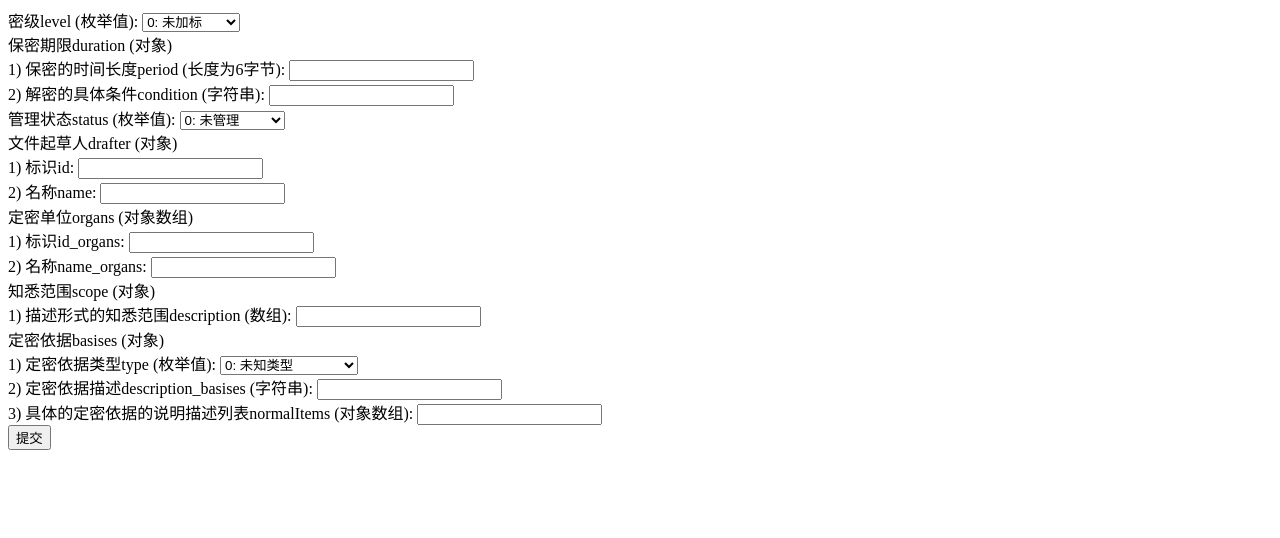
Repository: karlinglee93/eclipse-workspace
Page: jsp_test/WebContent/test.html
The author's editor kept a copy of each file at every save. The page is drawn from the files as they stood at one save, then again after the next save.
The browser window is 1280 px wide. The pictures show the whole page.

Above is the page before, as saved 2018-07-05 06:04:33.

### jsp_test/WebContent/test.html
<!DOCTYPE html>
<html>
<head>
<meta charset="utf-8">
<title>Label</title>
</head>
<body>

<form action="main.jsp" method="GET">
密级level (枚举值):
<select name="level">
<option value="0">0: 未加标</option>
<option value="10">10: 国密公开</option>
<option value="11">11: 商密公开</option>
<option value="20">20: 国密内部</option>
<option value="21">21: 商密内部</option>
<option value="50">50: 普通商密</option>
<option value="80">80: 核心商密</option>
<option value="120">120: 秘密</option>
<option value="150">150: 机密</option>
<option value="180">180: 绝密</option>
</select>
<br />

保密期限duration (对象)
<br />
1) 保密的时间长度period (长度为6字节):
<input type="text" name="period" />
<br />
2) 解密的具体条件condition (字符串):
<input type="text" name="condition" />
<br />

管理状态status (枚举值):
<select name="status">
<option value="0">0: 未管理</option>
<option value="20">20: 忽略</option>
<option value="50">50: 预定密</option>
<option value="80">80: 正式定密</option>
<option value="110">110: 文件签发</option>
<option value="140">140: 密级变更</option>
<option value="170">170: 文件解密</option>
</select>
<br />

文件起草人drafter (对象)
<br />
1) 标识id:
<input type="text" name="id" />
<br />
2) 名称name:
<input type="text" name="name" />
<br />

定密单位organs (对象数组)
<br />
1) 标识id_organs:
<input type="text" name="id_organs" />
<br />
2) 名称name_organs:
<input type="text" name="name_organs" />
<br />

知悉范围scope (对象)
<br />
1) 描述形式的知悉范围description (数组):
<input type="text" name="description" />
<br />

定密依据basises (对象)
<br />
1) 定密依据类型type (枚举值):
<select name="type">
<option value="0">0: 未知类型</option>
<option value="10">10: 确定性定密事项</option>
<option value="50">50: 不明确事项</option>
<option value="90">90: 无权定密事项</option>
<option value="130">130: 派生定密事项</option>
</select>
<br />
2) 定密依据描述description_basises (字符串):
<input type="text" name="description_basises" />
<br />
3) 具体的定密依据的说明描述列表normalItems (对象数组):
<input type="text" name="normalItems" />
<br />

<input type="submit" value="提交" />
</form>
</body>
</html>

After the next save:
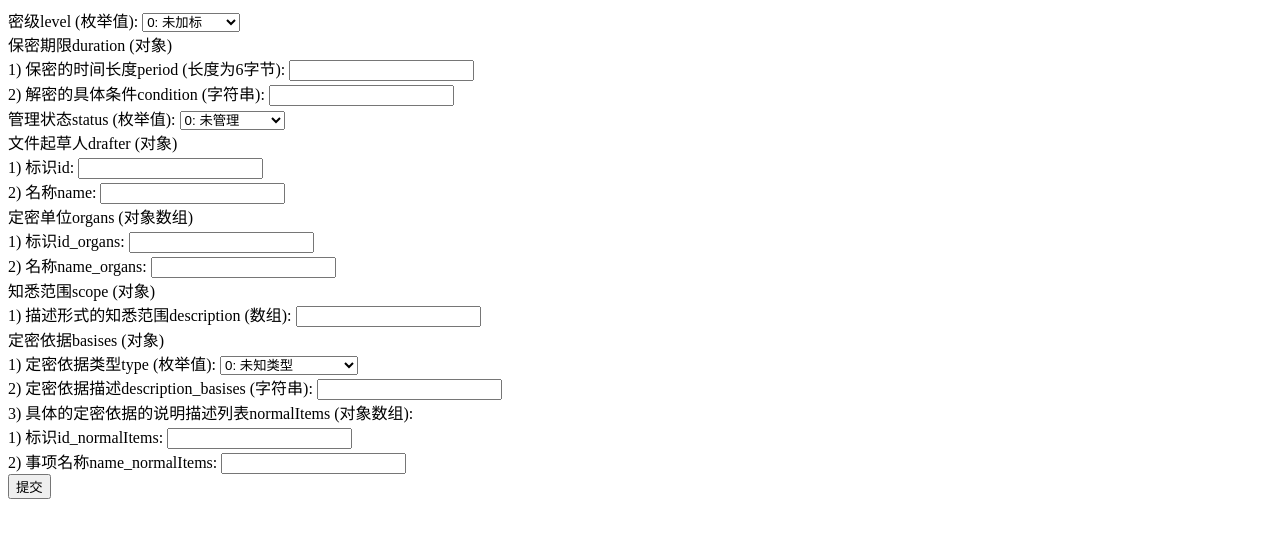
Saved 4 min 51 s later.
--- a/jsp_test/WebContent/test.html
+++ b/jsp_test/WebContent/test.html
@@ -82,7 +82,12 @@
 <input type="text" name="description_basises" />
 <br />
 3) 具体的定密依据的说明描述列表normalItems (对象数组):
-<input type="text" name="normalItems" />
+<br />
+1) 标识id_normalItems:
+<input type="text" name="id_normalItems" />
+<br />
+2) 事项名称name_normalItems:
+<input type="text" name="name_normalItems" />
 <br />
 
 <input type="submit" value="提交" />
